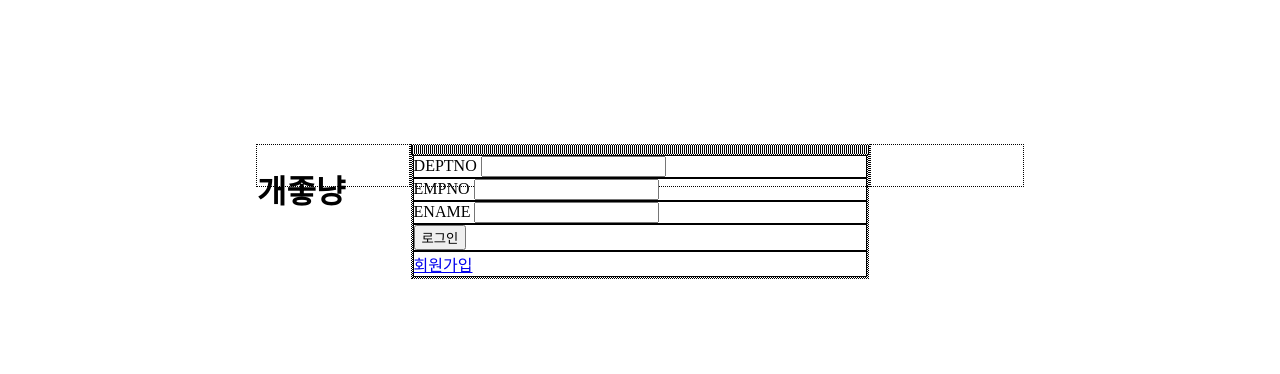
Repository: rmsgh2392/jee-company
Page: http://localhost/company/facade.do
The author's editor kept a copy of each file at every save. The page is drawn from the files as they stood at one save, then again after the next save.
The browser window is 1280 px wide. The pictures show the whole page.
The page is served by Tomcat 9. Other server files are loaded and not shown.

Above is the page before, as saved 2019-10-07 10:28:00.

### company/WebContent/WEB-INF/views/facade/main.jsp
<%@ page language="java" contentType="text/html; charset=UTF-8"
    pageEncoding="UTF-8"%>
<%@taglib prefix="e" uri="http://java.sun.com/jsp/jstl/core"%>
<jsp:include page="../common/head.jsp"/>
<div class="container">
	<div><h1 id="main_text">개좋냥</h1></div>
	<div class="content">
	<e:choose>
		<e:when test="${page eq 'login'}">
			<jsp:include page="login.jsp"/>
		</e:when>
		<e:when test="${page eq 'join'}">
			<jsp:include page="join.jsp"/>
		</e:when>
		<e:when test="${page eq 'mypage'}">
			<jsp:include page="mypage.jsp"/>
		</e:when>
	</e:choose>
</div>
<div>
</div>
</div>
<jsp:include page="../common/foot.jsp"/>
<script>
app.init('${ctx}');
</script>

### company/WebContent/WEB-INF/views/common/head.jsp
<%@ page language="java" contentType="text/html; charset=UTF-8"
    pageEncoding="UTF-8"%>
<!DOCTYPE html>
<html>
<head>
<meta charset="UTF-8">
<title>Insert title here</title>
<script src="${js}/jquery.js"></script>
<link rel="stylesheet" type="text/css" href="${css}/style.css"/></link>
<script src="${js}/app.js"></script>
</head>
<body>
<div class="wrapper">
<div></div> <div></div> <div></div>
<div></div>

### company/WebContent/WEB-INF/views/facade/login.jsp
<%@ page language="java" contentType="text/html; charset=UTF-8"
    pageEncoding="UTF-8"%>
<div></div><div></div>
<div></div><div></div>
<div>
<form id="login_form">
	<div id="login_tab">
		<div id="login_tab_item_1">
			DEPTNO <input id="deptname" class="login_text" type="text" name="deptNo"/>
		</div>
		<div id="login_tab_item_2">
			EMPNO <input id="username" class="login_text" type="text" name="empNo"/>
		</div>
		<div id="login_tab_item_3">
			ENAME <input id="userpw" class="login_text" type="text" name="ename"/>
		</div>
		<div id="login_tab_item_4">
			<input id="login_btn" type="button" value="로그인"/>
		</div>
		<div id="login_tab_item_5">
			<a id="a_join" href="#">회원가입</a>
		</div>
		<input type="hidden" name="action" value="login"/>
		<input type="hidden" name="page" value="mypage"/>
	</div>
</form>
</div>
<script>
app.init('${ctx}');
</script>

### company/WebContent/WEB-INF/views/common/foot.jsp
<%@ page language="java" contentType="text/html; charset=UTF-8"
    pageEncoding="UTF-8"%>
<div></div> <div></div> <div></div>
<div></div>
  </div>
</body>
</html>

### company/src/com/company/web/controllers/FacadeController.java
package com.company.web.controllers;

import java.io.IOException;
import javax.servlet.ServletException;
import javax.servlet.annotation.WebServlet;
import javax.servlet.http.HttpServlet;
import javax.servlet.http.HttpServletRequest;
import javax.servlet.http.HttpServletResponse;

import com.company.web.pool.Constants;

@WebServlet("/facade.do")
public class FacadeController extends HttpServlet {
	private static final long serialVersionUID = 1L;

	enum Resources{
		CTX, CSS, JS
	}
	protected void doGet(HttpServletRequest request, HttpServletResponse response) throws ServletException, IOException {
		for(Resources r : Resources.values()) {
			if(r.toString().toLowerCase().equals("ctx")) {
				request.getSession().setAttribute(r.toString().toLowerCase(), request.getContextPath());
			}else {
				request.getSession().setAttribute(r.toString().toLowerCase(), request.getContextPath() + "/resources/" + r.toString().toLowerCase());

			}

		}
		if(request.getParameter("page")==null) {
			request.setAttribute("page", "login");
		}else {
			request.setAttribute("page", request.getParameter("page"));
		}
		request.getRequestDispatcher
		(String.format(Constants.DOUBLE_PATH
				,request.getServletPath().substring(1,request.getServletPath().indexOf(".")),"main"))
		.forward(request, response);

	}

}

### company/WebContent/resources/css/style.css
@charset "UTF-8";
html, body{
	margin: 0;
	height: 100%;
	overflow: hidden;
}
.wrapper{
	display : grid;
	width: 100%;
	height:100%;
	grid-template-columns: 20% 60% 20%;
	grid-template-rows: 20% 60% 20%;
}
.container{
	display : grid;
	width: 100%;
	height:100%;
	grid-template-columns: 20% 60% 20%;
	grid-template-rows : 10% 60% 10%;
}
.container div{border : 1px dotted black}
#login_form{width:100%;height:100%}
#login_tab div{border : 1px solid black;}

### company/WebContent/resources/js/app.js
var app = (()=>{
	return {
		init : (ctx)=>{
			employeeService.login(ctx);
			employeeService.join(ctx);
			employeeService.moveJoin(ctx);

		}

	};

})();

var player = (()=>{
	var _empNo,_ename,_job,_mgr,_hireDate,_sal,_comm,_deptNo;

	var setDeptNo = (deptNo)=>{this.deptNo = deptNo;}
	var setEmpNo = (empNo)=>{this.empNo = empNo;}
	var setEname = (ename)=>{this.ename = ename;}
	var getDeptNo = ()=>{return this._deptNo;}
	var getEmpNo = ()=>{return this. _empNo;}
	var getEname = ()=>{return this._ename;}
	return {
		setDeptNo : setDeptNo,
		setEmpNo  :  setEmpNo ,
		setEname : setEname,
		getDeptNo : getDeptNo,
		getEmpNo : getEmpNo,
		getEname : getEname
	};
})();

var employeeService = (()=>{
	return {
		login : (ctx)=>{
			$('#login_btn').click(()=>{
				if($('#username').val()===''||$('#userpw').val()===''||$('#deptname').val()===''){
					alert('필수값이 없습니다.');
				}else{
					/*alert('입력한 값 아이디'+$('#username').val());*/
					$('#login_form').attr('action',ctx+'/company.do');
					$('#login_form').attr('method','GET');
					$('#login_form').submit();
				}

			});
		},
		join: (ctx)=>{
			$('#join_btn').click(()=>{
				if($('#join_empNo').val()===''||$('#join_ename').val()===''){
					alert('필수값이 없습니다.');
				}else{
					/*alert('입력한 값 아이디'+$('#join_empNo').val());*/
					$('#join_form').attr('action',ctx+'/company.do');
					$('#join_form').attr('method','GET');
					$('#join_form').submit();
				}
			});
		},
		moveJoin : (ctx)=>{
			$('#a_join').click(()=>{

				location.assign(ctx+'/facade.do?page=join')
			});
		},


		search: (ctx)=>{
			$('#find2').click(()=>{
				location.assign(ctx+'/player.do?action=search&page=a_position');
			});

			$('#find4').click(()=>{
				location.assign(ctx+'/player.do?action=search&page=4_find_by_teamid_position');

			});

		}

	};
})();

Loaded but not shown: company/WebContent/resources/js/jquery.js (library)

After the next save:
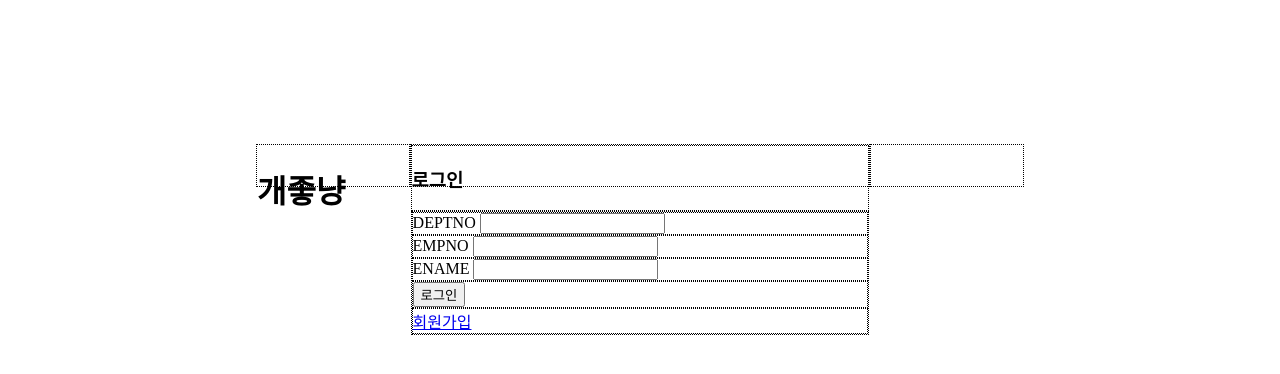
Saved 7 min 3 s later.
--- a/company/WebContent/WEB-INF/views/facade/login.jsp
+++ b/company/WebContent/WEB-INF/views/facade/login.jsp
@@ -1,30 +1,27 @@
 <%@ page language="java" contentType="text/html; charset=UTF-8"
     pageEncoding="UTF-8"%>
-<div></div><div></div>
-<div></div><div></div>
-<div>
 <form id="login_form">
-	<div id="login_tab">
-		<div id="login_tab_item_1">
+	<div><h3 id="join_text">로그인</h3></div>
+	<div class = "login_spac">
+		<div id="text">
 			DEPTNO <input id="deptname" class="login_text" type="text" name="deptNo"/>
 		</div>
-		<div id="login_tab_item_2">
+		<div id="text">
 			EMPNO <input id="username" class="login_text" type="text" name="empNo"/>
 		</div>
-		<div id="login_tab_item_3">
+		<div id="text">
 			ENAME <input id="userpw" class="login_text" type="text" name="ename"/>
 		</div>
-		<div id="login_tab_item_4">
+		<div>
 			<input id="login_btn" type="button" value="로그인"/>
 		</div>
-		<div id="login_tab_item_5">
+		<div>
 			<a id="a_join" href="#">회원가입</a>
 		</div>
 		<input type="hidden" name="action" value="login"/>
 		<input type="hidden" name="page" value="mypage"/>
 	</div>
 </form>
-</div>
 <script>
 app.init('${ctx}');
 </script>
